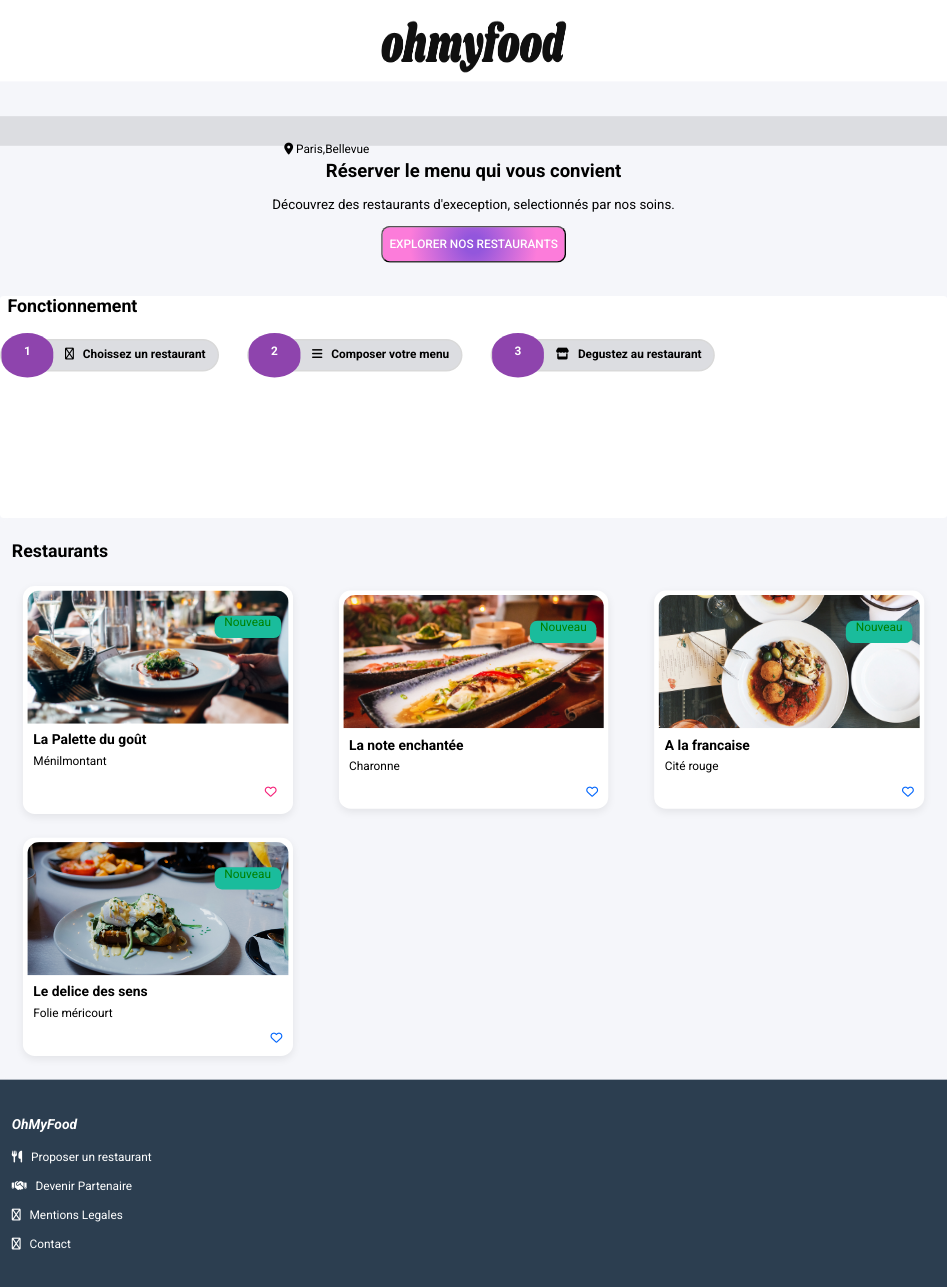
Repository: ultraasedev/ohmyfood
Page: index.html
The author's editor kept a copy of each file at every save. The page is drawn from the files as they stood at one save, then again after the next save.
The browser window is 1280 px wide. The pictures show the whole page, at 74% of full size.
Some web fonts or font styles are not loaded; a fallback is used. Some web libraries are served in a nearby version.

Above is the page before, as saved 2022-10-27 18:56:17.

After the next save:
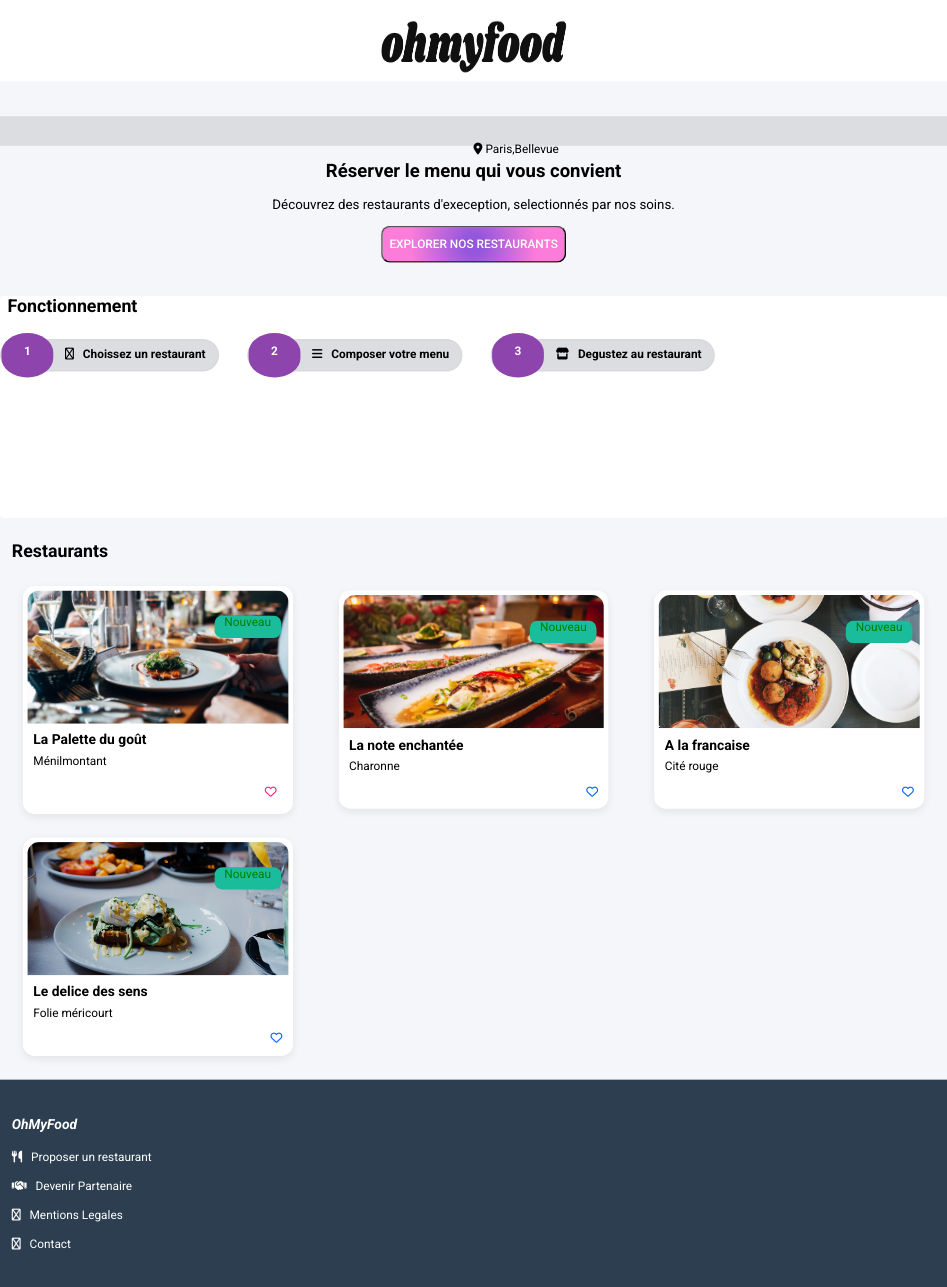
Saved 24 s later.
--- a/css/style.css
+++ b/css/style.css
@@ -75,7 +75,7 @@ header{
   align-items: center;
   align-content: center;
   text-align: center;
-  left: 30%;
+  left: 50%;
 }
 
 /*Head-Cont*/
